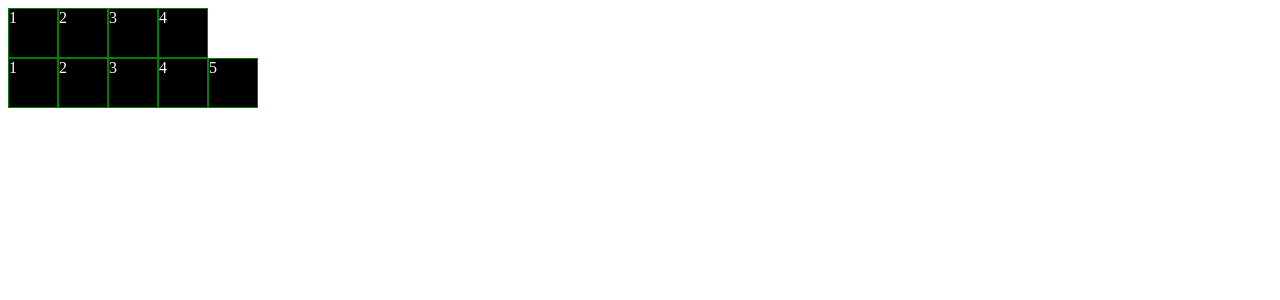
Repository: motiejus1/14-paskaita-JS
Page: index.html
An editor plug-in stored every save of this project. The page is shown before and after the next save, followed by the edit.
The browser window is 1280 px wide. The pictures show the whole page.

Above is the page before, as saved 2021-06-29 11:53:46.

After the next save:
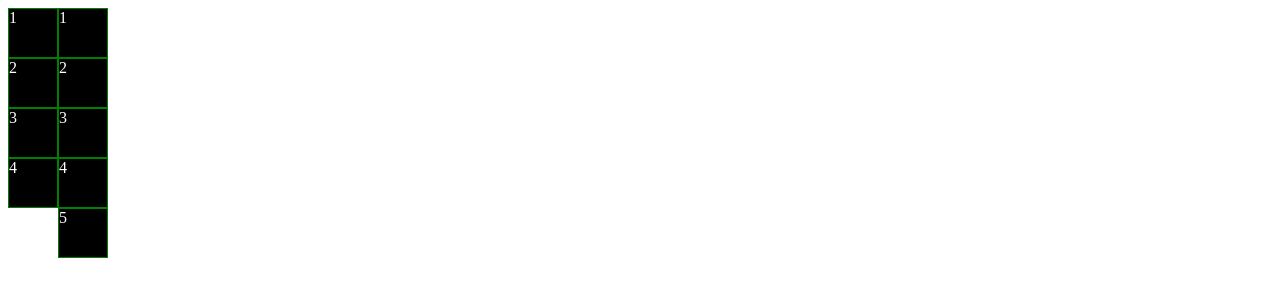
Saved 50 s later.
--- a/index.html
+++ b/index.html
@@ -20,7 +20,7 @@
             color: white;
         }
 
-        .laiptine {
+        .container {
             display: flex;
             flex-direction: row;
             flex-wrap: nowrap;
